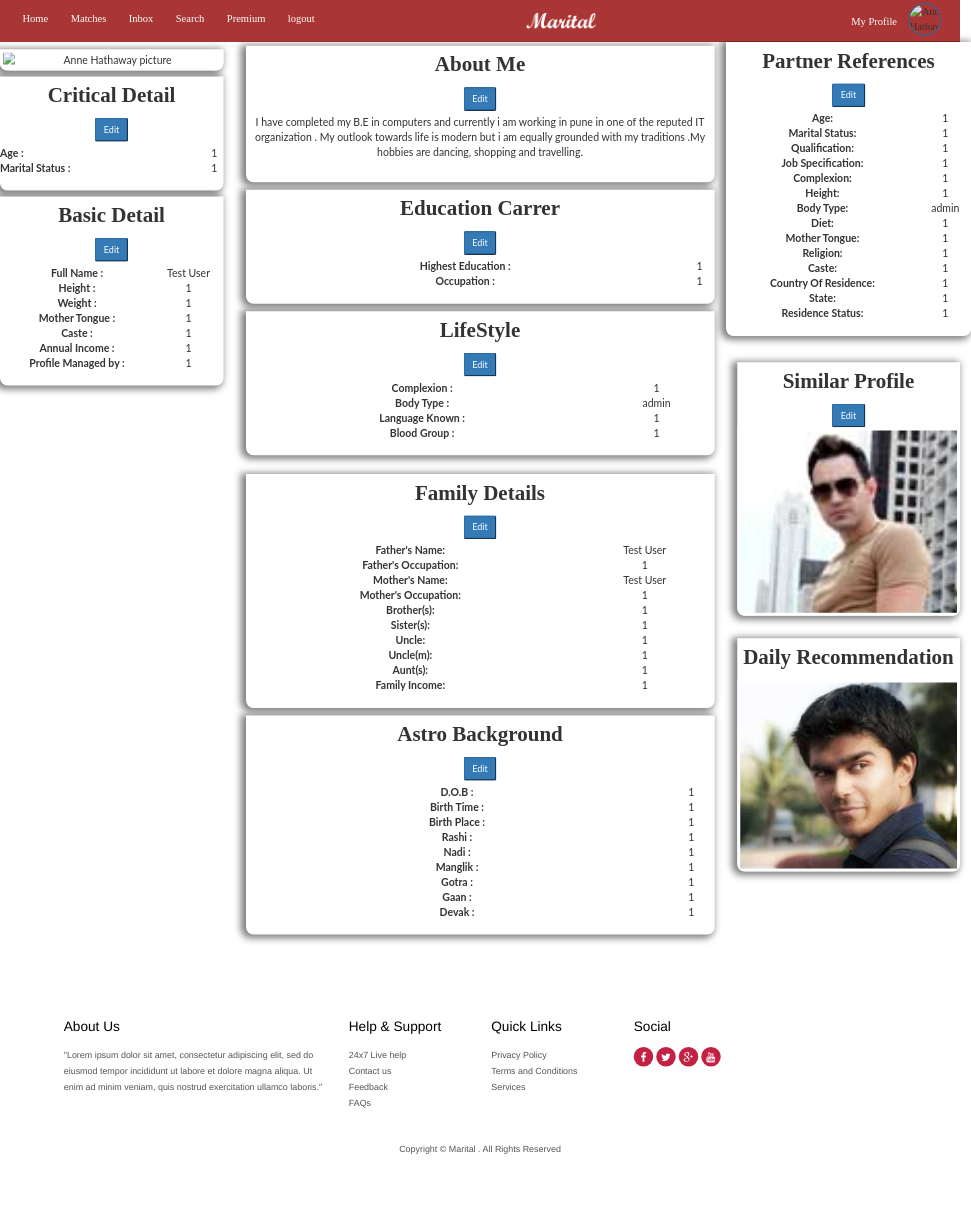
Repository: swara432/Manobandhan
Page: http://localhost/MANOBANDHAN/profile.jsp
An editor plug-in stored every save of this project. The page is shown before and after the next save, followed by the edit.
The browser window is 1280 px wide. The page is 1295 px wide, so the pictures cover 1295 px, including what lies to the right of the window. The pictures show the whole page, at 75% of full size.
The page is served by Tomcat 9. The session is filled in as if someone had signed in: {"user": "testuser", "profilemanageby": 1, "name": "Test User", "age": 1, "marital_status": 1, "education": 1, "occupation": 1, "Annual_Income": 1, "height": 1, "weight": 1, "blood_group": 1, "complexion": 1, "language": 1, "body_type": "admin", "Mother_tongue": 1, "caste": 1, "Drink": 1, "smoke": 1, "Photo": 1, "PAge": 1, "PQualification": 1, "PJobSpecification": 1, "PAnnualIncome": 1, "PComplexion": 1, "PHeight": 1, "PBodyType": "admin", "PDiet": 1, "PManglik": 1, "PMotherTongue": 1, "PReligio. The template is opened directly, without the code that normally fills it, so the values that code supplies are empty.

Above is the page before, as saved 2020-06-01 06:24:57.
Console error: TypeError: Cannot read properties of null (reading 'addEventListener')

After the next save:
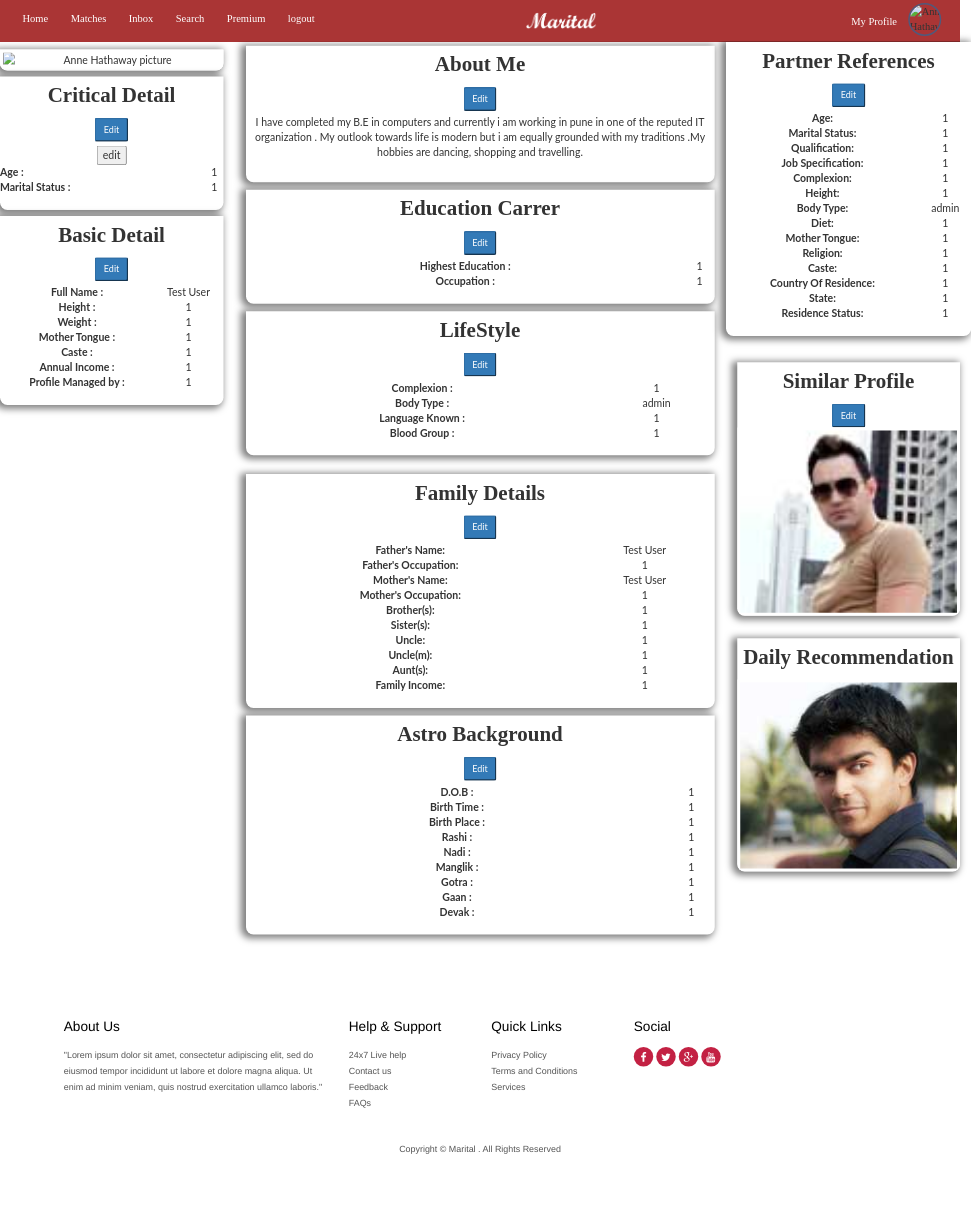
Saved 3 min 59 s later.
--- a/MANOBANDHAN/WebContent/profile.jsp
+++ b/MANOBANDHAN/WebContent/profile.jsp
@@ -178,6 +178,7 @@
 
                       <div class="card-content" style="margin-top: 5px;">
                     <table class="table">
+                   <button type="button">edit</button>
     		        	<tbody>
     					    <tr>
     							<th><b><% %>Age :</b></th>
